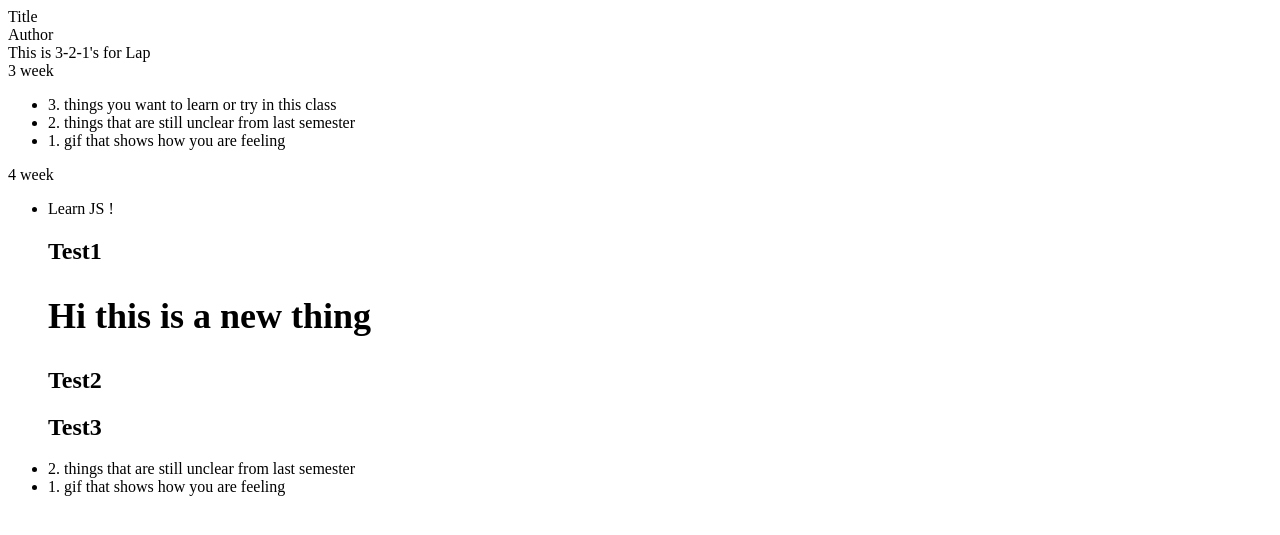
Repository: HyunJunggggg/MDIA2109
Page: inclass/index.html
The author's editor kept a copy of each file at every save. The page is drawn from the files as they stood at one save, then again after a run of saves.
The browser window is 1280 px wide. The pictures show the whole page.

Above is the page before, as saved 2025-01-30 15:54:33.

After the next 3 saves:
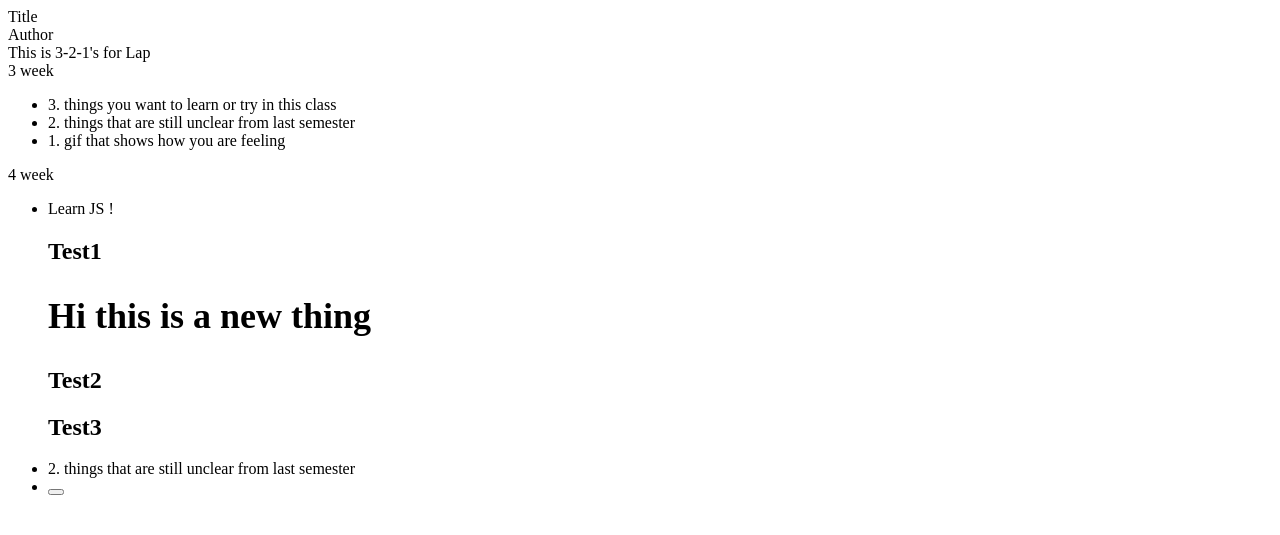
The 3 saves are shown as one change because they came seconds apart.
The last was saved 15 s later.
--- a/inclass/index.html
+++ b/inclass/index.html
@@ -56,7 +56,9 @@
                                     2. things that are still unclear from last
                                     semester
                                 </li>
-                                <li>1. gif that shows how you are feeling</li>
+                                <li>
+                                    <button></button>
+                                </li>
                             </ul>
                         </div>
                     </div>
